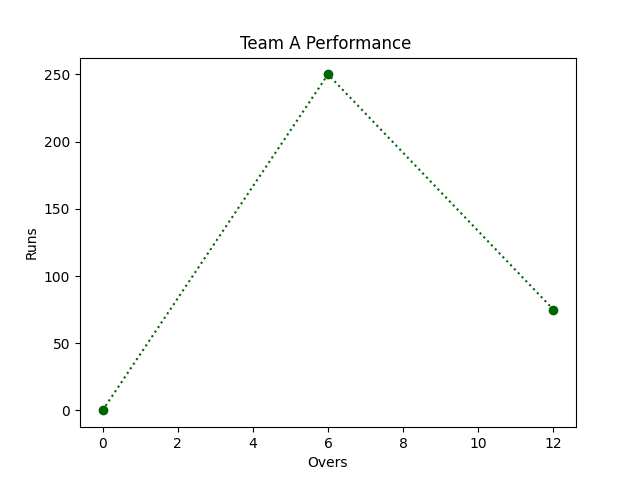
Repository: medenitunc/August-25-leanrning-Pyhton
Script's output: python Day02_05_Dv2.py
The author's editor kept a copy of each file at every save. The script's output is drawn from the files as they stood at one save, then again after the next save.
Random numbers start from a fixed seed.

Above is the script's output before, as saved 2025-11-27 09:38:07.

### Day02_05_Dv2.py
import matplotlib.pyplot as plt
import numpy as np


# numpy - numerical python - library for numerical calculations

xval = np.array([0,6,12])
yval = np.array([0,250, 75])

plt.plot(xval, yval, color='darkgreen', marker='o', linestyle='dotted')
plt.xlabel('Overs')
plt.ylabel('Runs')
plt.title('Team A Performance ')
plt.show()

After the next save:
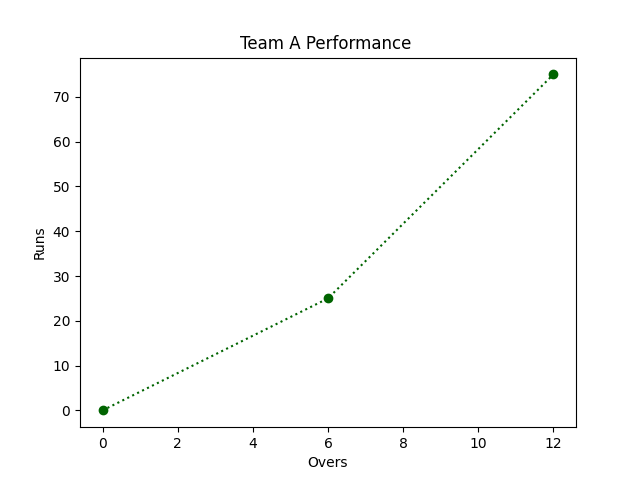
Saved 12 s later.
--- a/Day02_05_Dv2.py
+++ b/Day02_05_Dv2.py
@@ -5,7 +5,7 @@ import numpy as np
 # numpy - numerical python - library for numerical calculations
 
 xval = np.array([0,6,12])
-yval = np.array([0,250, 75])
+yval = np.array([0,25, 75])
 
 plt.plot(xval, yval, color='darkgreen', marker='o', linestyle='dotted')
 plt.xlabel('Overs')
